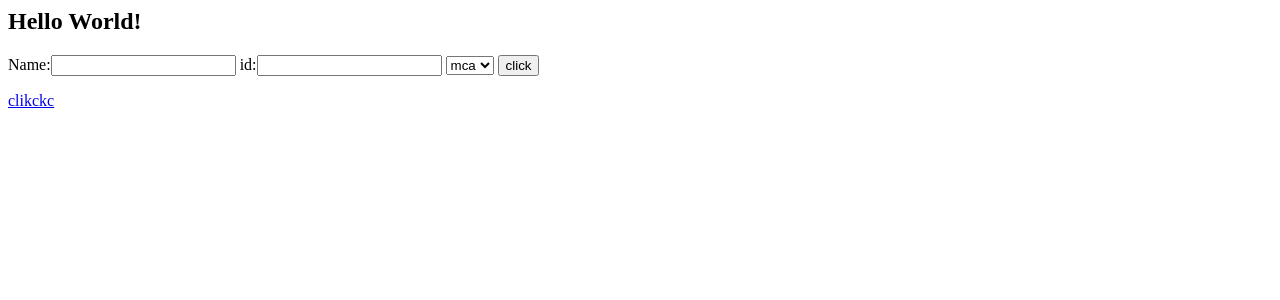
Repository: RameshMamidipelly/springMvc
Page: http://localhost/Demo/
These files come from the project's save history. The page is drawn as it stood at one moment and after the next save; the edit follows.
The browser window is 1280 px wide. The pictures show the whole page.
The page is served by Tomcat 9.

Above is the page before, as saved 2020-03-04 18:35:14.

After the next save:
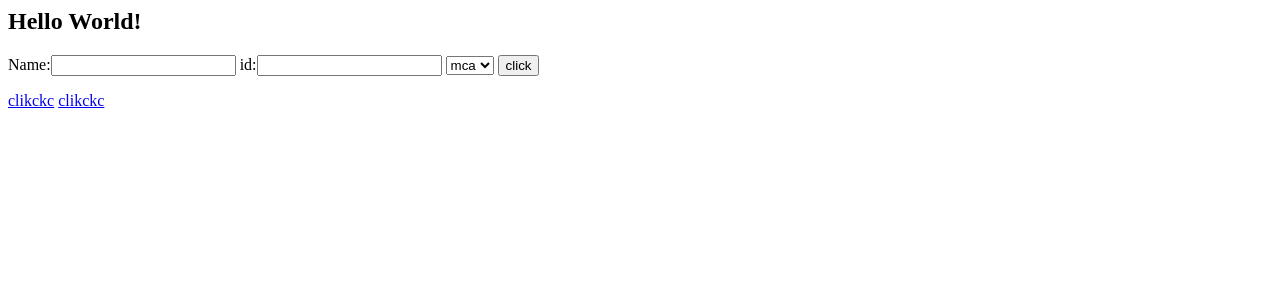
Saved 14 s later.
--- a/Demo/src/main/webapp/index.jsp
+++ b/Demo/src/main/webapp/index.jsp
@@ -13,5 +13,7 @@ id:<input type="number" name="id" required="required"/>
 </form>
 
 <a href="./listj">clikckc</a>
+
+<a href="./li">clikckc</a>
 </body>
 </html>
